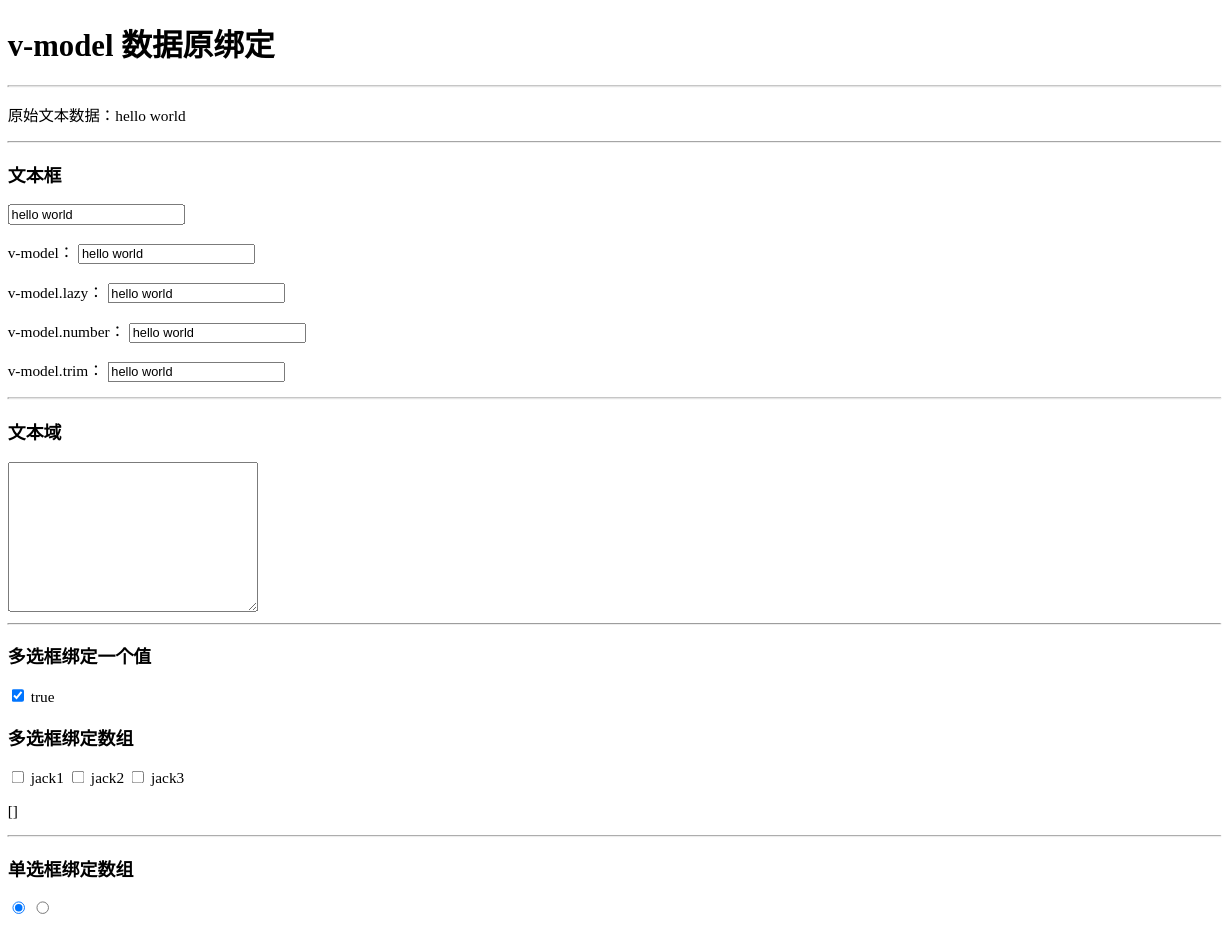
Repository: 13982720426/vue2.0-LearningNotes
Page: example/v-model.html
An editor plug-in stored every save of this project. The page is shown before and after the next save, followed by the edit.
The browser window is 1280 px wide. The pictures show the whole page, at 96% of full size.

Above is the page before, as saved 2021-06-17 21:35:12.

After the next save:
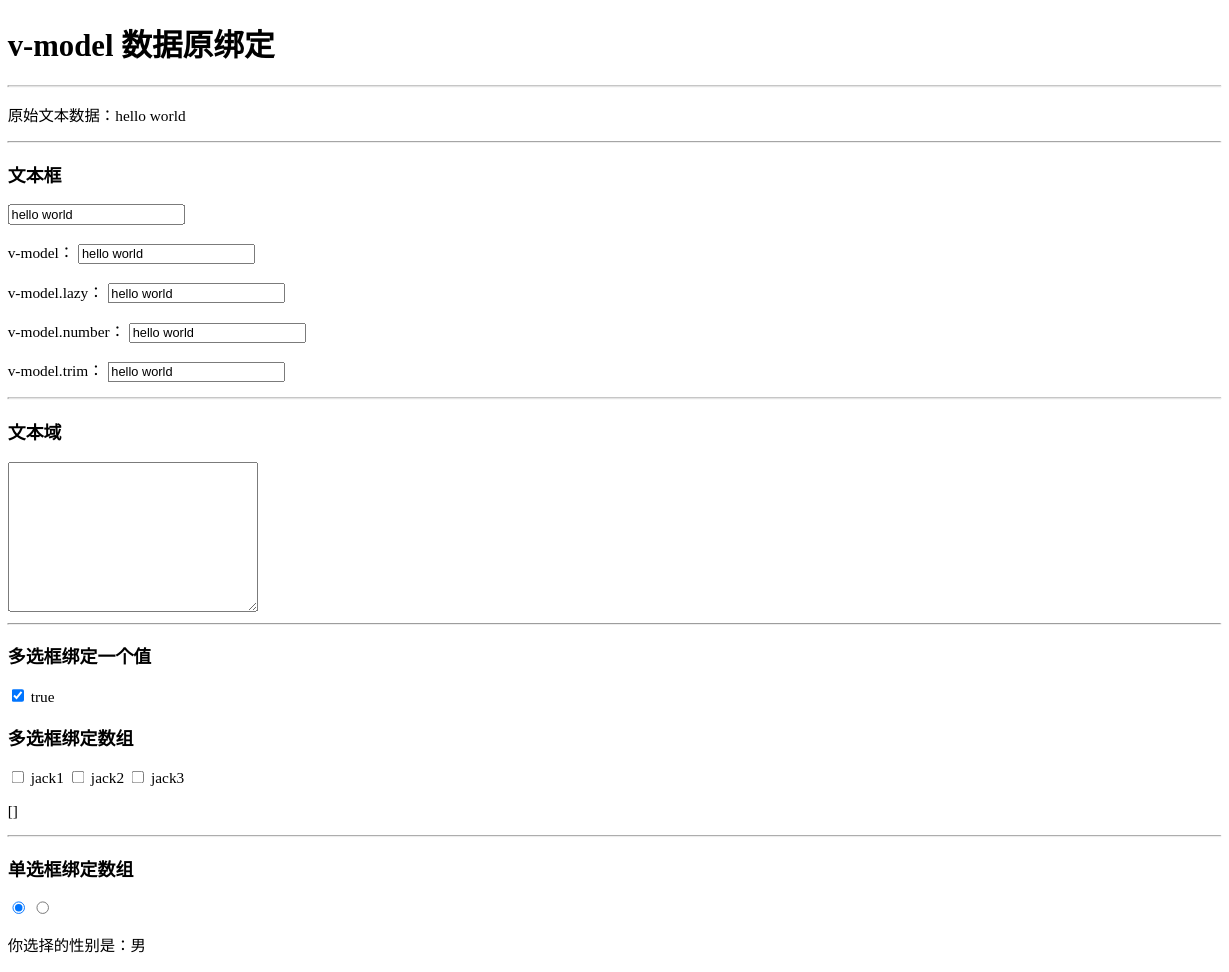
Saved 51 s later.
--- a/example/v-model.html
+++ b/example/v-model.html
@@ -56,6 +56,7 @@
         <label for="one"></label>
         <input type="radio" id="two" value="女" v-model="sex" />
         <label for="two"></label>
+        <p>你选择的性别是：{{sex}}</p>
       </p>
     </div>
 
